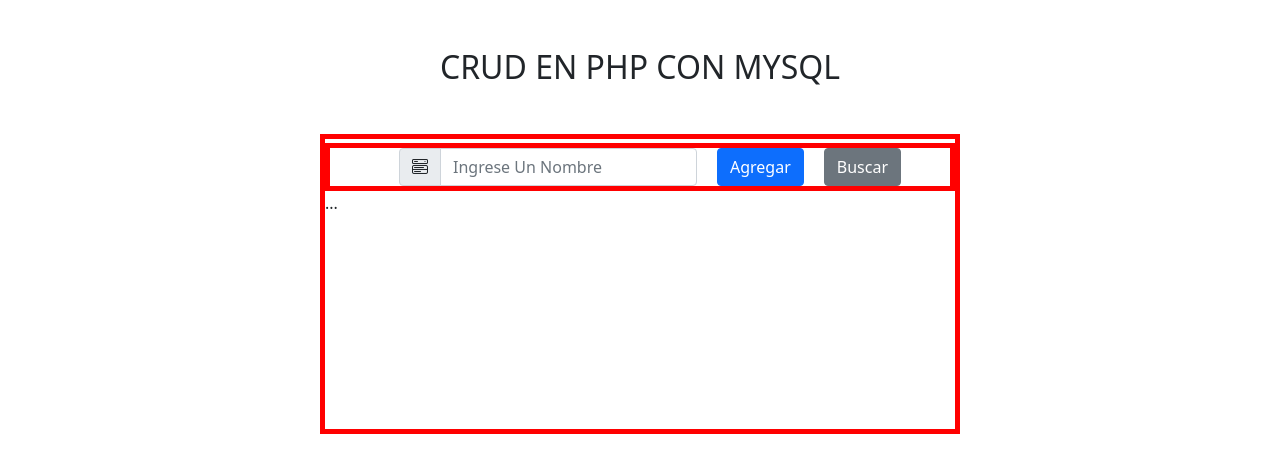
Repository: nder1996/CRUD_SENCILLO
Page: http://localhost/
The author's editor kept a copy of each file at every save. The page is drawn from the files as they stood at one save, then again after the next save.
The browser window is 1280 px wide. The pictures show the whole page.
The page is run by PHP 8.4 with error messages shown; the project is at /var/www/html/.

Above is the page before, as saved 2021-10-04 20:06:44.

### CRUD - SILENCIADO/index.php
<!DOCTYPE html>
<html lang="en">
<head>
    <meta charset="UTF-8">
    <meta http-equiv="X-UA-Compatible" content="IE=edge">
    <meta name="viewport" content="width=device-width, initial-scale=1.0">
    <title>CRUD PHP</title>
    <link href="https://cdn.jsdelivr.net/npm/bootstrap@5.1.1/dist/css/bootstrap.min.css" rel="stylesheet" integrity="sha384-F3w7mX95PdgyTmZZMECAngseQB83DfGTowi0iMjiWaeVhAn4FJkqJByhZMI3AhiU" crossorigin="anonymous">
    <link rel="stylesheet" href="css/estilos.css">
    <link rel="stylesheet" href="https://cdnjs.cloudflare.com/ajax/libs/bootstrap-icons/1.5.0/font/bootstrap-icons.min.css" integrity="sha512-xnP2tOaCJnzp2d2IqKFcxuOiVCbuessxM6wuiolT9eeEJCyy0Vhcwa4zQvdrZNVqlqaxXhHqsSV1Ww7T2jSCUQ==" crossorigin="anonymous" referrerpolicy="no-referrer" />
</head>
<body>
    <h2 class="text-center mt-5">CRUD EN PHP CON MYSQL</h2>
    <div class="contenedor mt-5">
            <div class="input_button mt-1 d-flex justify-content-center">
                <section class="">
                    <label class="visually-hidden" for="inlineFormInputGroupUsername">Username</label>
                    <div class="input-group">
                      <div class="input-group-text"><i class="bi bi-menu-button-wide"></i></div>
                      <input type="text" class="form-control" id="inlineFormInputGroupUsername" placeholder="Ingrese Un Nombre">
                    </div>
                </section>
                <section>
                    <button type="button" class="btn btn-primary">Agregar</button>
                </section>
                <section>
                    <button type="button" class="btn btn-secondary">Buscar</button>
                </section>
            </div>
            <table class="table table-striped">
                ...
              </table>
    </div>
    <script src="https://cdn.jsdelivr.net/npm/bootstrap@5.1.1/dist/js/bootstrap.bundle.min.js" integrity="sha384-/bQdsTh/da6pkI1MST/rWKFNjaCP5gBSY4sEBT38Q/9RBh9AH40zEOg7Hlq2THRZ" crossorigin="anonymous"></script>
</body>
</html>

### CRUD - SILENCIADO/css/estilos.css
.contenedor{
    border:5px solid red;
    width: 50%;
    height: 300px;
    margin: auto;
}

.input_button{
    border:5px solid red;
}

.input_button section{
    margin-left: 20px;
}

After the next save:
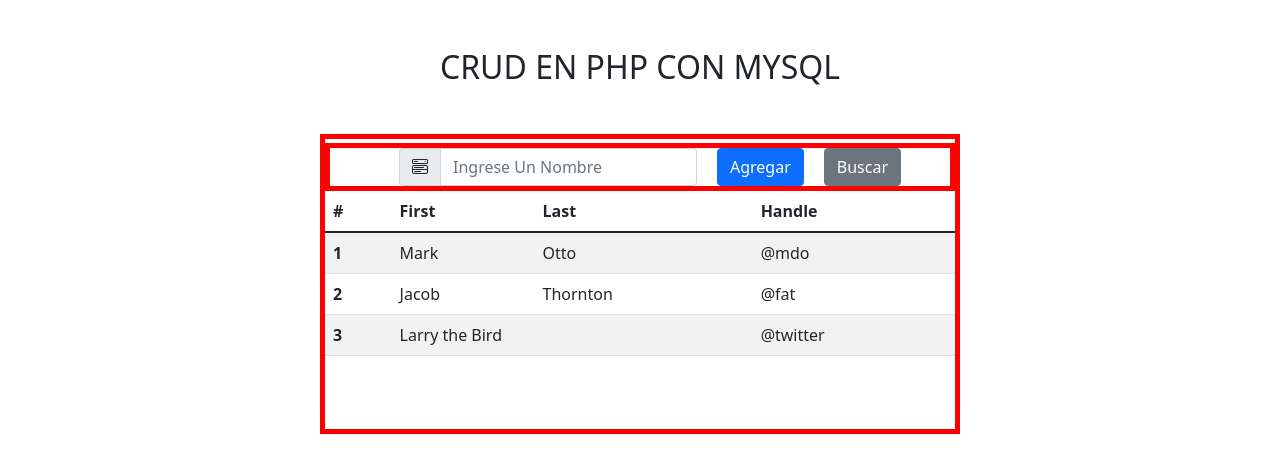
Saved 56 s later.
--- a/CRUD - SILENCIADO/index.php
+++ b/CRUD - SILENCIADO/index.php
@@ -28,7 +28,33 @@
                 </section>
             </div>
             <table class="table table-striped">
-                ...
+                <thead>
+                    <tr>
+                      <th scope="col">#</th>
+                      <th scope="col">First</th>
+                      <th scope="col">Last</th>
+                      <th scope="col">Handle</th>
+                    </tr>
+                  </thead>
+                  <tbody>
+                    <tr>
+                      <th scope="row">1</th>
+                      <td>Mark</td>
+                      <td>Otto</td>
+                      <td>@mdo</td>
+                    </tr>
+                    <tr>
+                      <th scope="row">2</th>
+                      <td>Jacob</td>
+                      <td>Thornton</td>
+                      <td>@fat</td>
+                    </tr>
+                    <tr>
+                      <th scope="row">3</th>
+                      <td colspan="2">Larry the Bird</td>
+                      <td>@twitter</td>
+                    </tr>
+                  </tbody>
               </table>
     </div>
     <script src="https://cdn.jsdelivr.net/npm/bootstrap@5.1.1/dist/js/bootstrap.bundle.min.js" integrity="sha384-/bQdsTh/da6pkI1MST/rWKFNjaCP5gBSY4sEBT38Q/9RBh9AH40zEOg7Hlq2THRZ" crossorigin="anonymous"></script>
